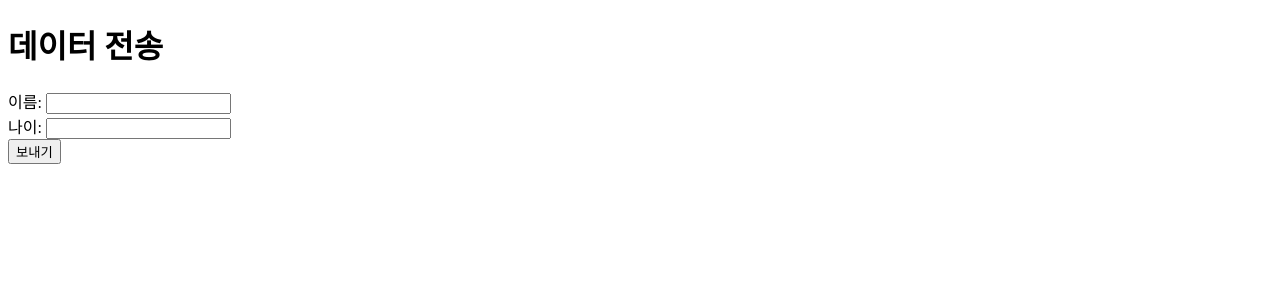
Repository: sujin9335/sever
Page: ServletTest/src/main/webapp/temp.html
These files come from the project's save history. The page is drawn as it stood at one moment and after the next save; the edit follows.
The browser window is 1280 px wide. The pictures show the whole page.

Above is the page before, as saved 2023-10-17 02:31:02.

### ServletTest/src/main/webapp/temp.html
<!DOCTYPE html>
<html>
<head>
<meta charset="UTF-8">
<title>Insert title here</title>
</head>
<body>
	<h1>데이터 전송</h1>

	<form method="GET" action="데이터를 수신할 프로그램 URL">
		<div>
			이름: <input type="text" name="name">
		</div>
		<div>
			나이: <input type="text" name="age">
		</div>
		<input type="submit" value="보내기">
	</form>

</body>
</html>

After the next save:
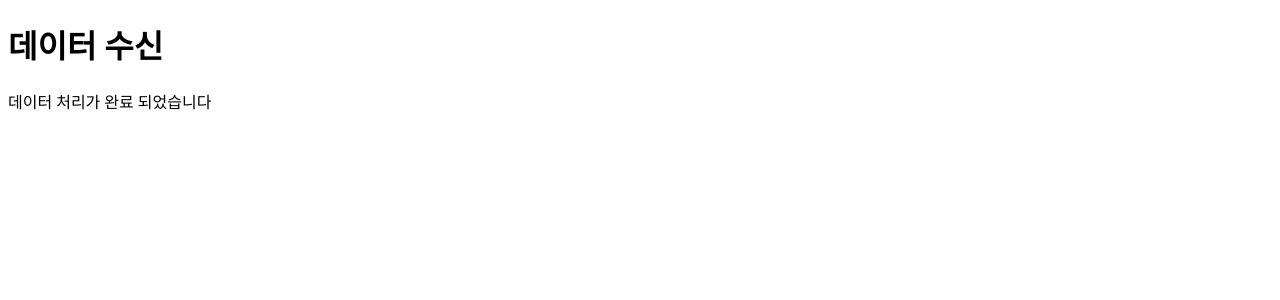
Saved 78 s later.
--- a/ServletTest/src/main/webapp/temp.html
+++ b/ServletTest/src/main/webapp/temp.html
@@ -5,17 +5,9 @@
 <title>Insert title here</title>
 </head>
 <body>
-	<h1>데이터 전송</h1>
+	<h1>데이터 수신</h1>
 
-	<form method="GET" action="데이터를 수신할 프로그램 URL">
-		<div>
-			이름: <input type="text" name="name">
-		</div>
-		<div>
-			나이: <input type="text" name="age">
-		</div>
-		<input type="submit" value="보내기">
-	</form>
+	<p>데이터 처리가 완료 되었습니다</p>
 
 </body>
 </html>
